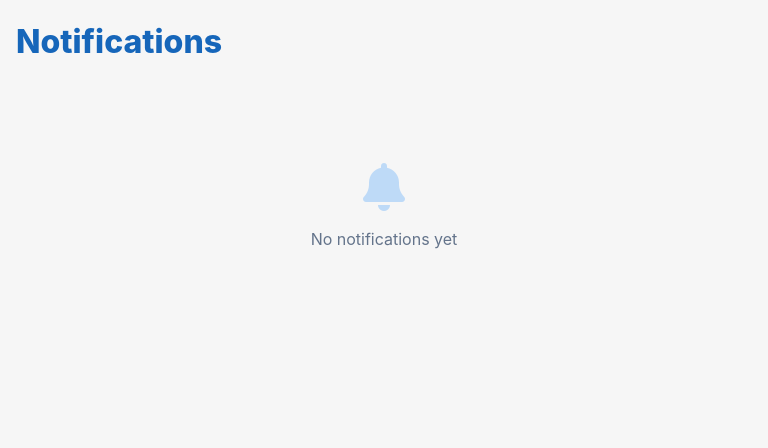
Repository: rizzerk/vela
Page: http://localhost/vela/TENANT/notifications.php
These files come from the project's save history. The page is drawn as it stood at one moment and after the next save; the edit follows.
The browser window is 768 px wide. The pictures show the whole page.
The page is run by PHP 8.4 with error messages shown; the project is at /var/www/html/. Queries for data that is not in the repository find no rows.

Above is the page before, as saved 2025-06-28 20:53:43.

### TENANT/notifications.php
<?php
session_start();
require_once '../connection.php';

$tenant_id = $_SESSION['user_id'] ?? 1;
$notifications = [];

try {
    // Simple query to test - fetch bills only
    $query = "SELECT 'bill' as type, CONCAT('Bill: ₱', amount, ' - ', description) as message,
                     due_date as date, 'medium' as priority
              FROM BILL b
              WHERE b.status IN ('unpaid', 'overdue')
              ORDER BY due_date DESC LIMIT 10";

    $result = $conn->query($query);
    if ($result) {
        $notifications = $result->fetch_all(MYSQLI_ASSOC);
    }
} catch (Exception $e) {
    // Keep notifications empty if there's an error
    error_log("Notifications error: " . $e->getMessage());
}

?>

<!DOCTYPE html>
<html lang="en">
<head>
    <meta charset="UTF-8">
    <meta name="viewport" content="width=device-width, initial-scale=1.0">
    <title>Notifications - VELA</title>
    <link rel="stylesheet" href="https://cdnjs.cloudflare.com/ajax/libs/font-awesome/6.0.0/css/all.min.css">
    <style>
        * {
            margin: 0;
            padding: 0;
            box-sizing: border-box;
        }

        body {
            font-family: 'Inter', -apple-system, BlinkMacSystemFont, 'Segoe UI', Roboto, sans-serif;
            background-color: #f6f6f6;
            color: #1e293b;
            line-height: 1.6;
            min-height: 100vh;
        }

        .main-content {
            margin-left: 0;
            padding: 2rem;
        }

        .header {
            text-align: left;
            margin-bottom: 2rem;
        }

        .header h1 {
            font-size: 2.5rem;
            color: #1666ba;
            font-weight: 800;
            margin-bottom: 0.5rem;
        }

        .notifications-container {
            max-width: 800px;
        }

        .notification {
            background: white;
            border-radius: 12px;
            padding: 1.5rem;
            margin-bottom: 1rem;
            box-shadow: 0 4px 16px rgba(22, 102, 186, 0.1);
            border-left: 4px solid #bedaf7;
            display: flex;
            align-items: center;
            gap: 1rem;
        }

        .notification.high {
            border-left-color: #ef4444;
        }

        .notification.medium {
            border-left-color: #f59e0b;
        }

        .notification.low {
            border-left-color: #10b981;
        }

        .notification-icon {
            font-size: 1.5rem;
            color: #1666ba;
            width: 40px;
            text-align: center;
        }

        .notification.high .notification-icon {
            color: #ef4444;
        }

        .notification.medium .notification-icon {
            color: #f59e0b;
        }

        .notification.low .notification-icon {
            color: #10b981;
        }

        .notification-content {
            flex: 1;
        }

        .notification-message {
            font-size: 1rem;
            color: #1e293b;
            margin-bottom: 0.25rem;
        }

        .notification-date {
            font-size: 0.85rem;
            color: #64748b;
        }

        .empty-state {
            text-align: center;
            padding: 4rem 2rem;
            color: #64748b;
        }

        .empty-state i {
            font-size: 3rem;
            margin-bottom: 1rem;
            color: #bedaf7;
        }

        .empty-state p {
            font-size: 1rem;
            color: #64748b;
        }

        @media (max-width: 768px) {
            .main-content {
                margin-left: 0;
                padding: 1rem;
            }

            .header h1 {
                font-size: 2rem;
            }
        }
    </style>
</head>
<body>
    <!-- Sidebar placeholder -->

    <div class="main-content">
        <div class="header">
            <h1>Notifications</h1>
        </div>

        <div class="notifications-container">
            <?php if (empty($notifications)): ?>
                <div class="empty-state">
                    <i class="fas fa-bell"></i>
                    <p>No notifications yet</p>
                </div>
            <?php else: ?>
                <?php foreach ($notifications as $notification): ?>
                    <div class="notification <?= $notification['priority'] ?>">
                        <div class="notification-icon">
                            <?php if ($notification['type'] === 'bill'): ?>
                                <i class="fas fa-file-invoice-dollar"></i>
                            <?php elseif ($notification['type'] === 'payment'): ?>
                                <i class="fas fa-credit-card"></i>
                            <?php else: ?>
                                <i class="fas fa-tools"></i>
                            <?php endif; ?>
                        </div>
                        <div class="notification-content">
                            <div class="notification-message"><?= htmlspecialchars($notification['message']) ?></div>
                            <div class="notification-date"><?= date('F j, Y g:i A', strtotime($notification['date'])) ?></div>
                        </div>
                    </div>
                <?php endforeach; ?>
            <?php endif; ?>
        </div>
    </div>

</body>
</html>

### connection.php
<?php
$host = 'localhost';
$dbname = 'vela';
$username = 'root';
$password = '';

// Create connection
$conn = new mysqli($host, $username, $password, $dbname);

// Check connection
if ($conn->connect_error) {
    error_log("Connection failed: " . $conn->connect_error);
    die("Connection error. Please try again later.");
}

mysqli_report(MYSQLI_REPORT_ERROR | MYSQLI_REPORT_STRICT);

// Set charset
$conn->set_charset("utf8mb4");



?>

After the next save:
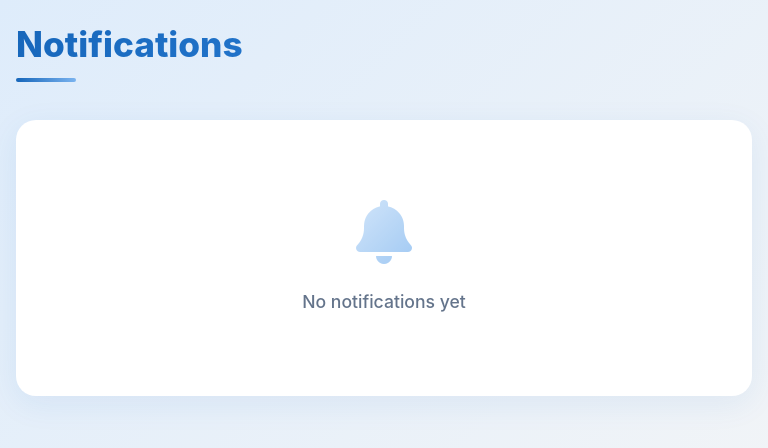
Saved 3 s later.
--- a/TENANT/notifications.php
+++ b/TENANT/notifications.php
@@ -40,7 +40,7 @@ try {
 
         body {
             font-family: 'Inter', -apple-system, BlinkMacSystemFont, 'Segoe UI', Roboto, sans-serif;
-            background-color: #f6f6f6;
+            background: linear-gradient(135deg, #deecfb 0%, #f6f6f6 100%);
             color: #1e293b;
             line-height: 1.6;
             min-height: 100vh;
@@ -53,61 +53,118 @@ try {
 
         .header {
             text-align: left;
-            margin-bottom: 2rem;
+            margin-bottom: 3rem;
+            position: relative;
         }
 
         .header h1 {
-            font-size: 2.5rem;
-            color: #1666ba;
+            font-size: 2.8rem;
+            background: linear-gradient(135deg, #1666ba, #368ce7);
+            -webkit-background-clip: text;
+            -webkit-text-fill-color: transparent;
+            background-clip: text;
             font-weight: 800;
             margin-bottom: 0.5rem;
         }
 
+        .header::after {
+            content: '';
+            position: absolute;
+            bottom: -10px;
+            left: 0;
+            width: 60px;
+            height: 4px;
+            background: linear-gradient(90deg, #1666ba, #7ab3ef);
+            border-radius: 2px;
+        }
+
         .notifications-container {
             max-width: 800px;
         }
 
         .notification {
             background: white;
-            border-radius: 12px;
-            padding: 1.5rem;
-            margin-bottom: 1rem;
-            box-shadow: 0 4px 16px rgba(22, 102, 186, 0.1);
-            border-left: 4px solid #bedaf7;
+            border-radius: 16px;
+            padding: 1.8rem;
+            margin-bottom: 1.2rem;
+            box-shadow: 0 8px 32px rgba(22, 102, 186, 0.12);
+            border-left: 5px solid #bedaf7;
             display: flex;
             align-items: center;
-            gap: 1rem;
+            gap: 1.2rem;
+            transition: all 0.3s ease;
+            position: relative;
+            overflow: hidden;
+        }
+
+        .notification::before {
+            content: '';
+            position: absolute;
+            top: 0;
+            left: 0;
+            right: 0;
+            height: 2px;
+            background: linear-gradient(90deg, transparent, #bedaf7, transparent);
+        }
+
+        .notification:hover {
+            transform: translateY(-2px);
+            box-shadow: 0 12px 40px rgba(22, 102, 186, 0.18);
         }
 
         .notification.high {
             border-left-color: #ef4444;
+            background: linear-gradient(135deg, #ffffff 0%, #fef2f2 100%);
+        }
+
+        .notification.high::before {
+            background: linear-gradient(90deg, transparent, #ef4444, transparent);
         }
 
         .notification.medium {
             border-left-color: #f59e0b;
+            background: linear-gradient(135deg, #ffffff 0%, #fffbeb 100%);
+        }
+
+        .notification.medium::before {
+            background: linear-gradient(90deg, transparent, #f59e0b, transparent);
         }
 
         .notification.low {
             border-left-color: #10b981;
+            background: linear-gradient(135deg, #ffffff 0%, #f0fdf4 100%);
+        }
+
+        .notification.low::before {
+            background: linear-gradient(90deg, transparent, #10b981, transparent);
         }
 
         .notification-icon {
-            font-size: 1.5rem;
+            font-size: 1.8rem;
             color: #1666ba;
-            width: 40px;
-            text-align: center;
+            width: 50px;
+            height: 50px;
+            display: flex;
+            align-items: center;
+            justify-content: center;
+            background: linear-gradient(135deg, #deecfb, #bedaf7);
+            border-radius: 12px;
+            box-shadow: 0 4px 12px rgba(22, 102, 186, 0.15);
         }
 
         .notification.high .notification-icon {
             color: #ef4444;
+            background: linear-gradient(135deg, #fef2f2, #fecaca);
         }
 
         .notification.medium .notification-icon {
             color: #f59e0b;
+            background: linear-gradient(135deg, #fffbeb, #fed7aa);
         }
 
         .notification.low .notification-icon {
             color: #10b981;
+            background: linear-gradient(135deg, #f0fdf4, #bbf7d0);
         }
 
         .notification-content {
@@ -115,31 +172,58 @@ try {
         }
 
         .notification-message {
-            font-size: 1rem;
+            font-size: 1.1rem;
             color: #1e293b;
-            margin-bottom: 0.25rem;
+            margin-bottom: 0.5rem;
+            font-weight: 500;
+            line-height: 1.4;
         }
 
         .notification-date {
-            font-size: 0.85rem;
+            font-size: 0.9rem;
             color: #64748b;
+            font-weight: 400;
+            display: flex;
+            align-items: center;
+            gap: 0.5rem;
+        }
+
+        .notification-date::before {
+            content: '\f017';
+            font-family: 'Font Awesome 6 Free';
+            font-weight: 400;
+            font-size: 0.8rem;
+            color: #7ab3ef;
         }
 
         .empty-state {
             text-align: center;
-            padding: 4rem 2rem;
+            padding: 5rem 2rem;
             color: #64748b;
+            background: white;
+            border-radius: 20px;
+            box-shadow: 0 8px 32px rgba(22, 102, 186, 0.08);
         }
 
         .empty-state i {
-            font-size: 3rem;
-            margin-bottom: 1rem;
-            color: #bedaf7;
+            font-size: 4rem;
+            margin-bottom: 1.5rem;
+            background: linear-gradient(135deg, #bedaf7, #7ab3ef);
+            -webkit-background-clip: text;
+            -webkit-text-fill-color: transparent;
+            background-clip: text;
+            animation: pulse 2s infinite;
         }
 
         .empty-state p {
-            font-size: 1rem;
+            font-size: 1.1rem;
             color: #64748b;
+            font-weight: 500;
+        }
+
+        @keyframes pulse {
+            0%, 100% { opacity: 1; }
+            50% { opacity: 0.7; }
         }
 
         @media (max-width: 768px) {
@@ -149,7 +233,18 @@ try {
             }
 
             .header h1 {
-                font-size: 2rem;
+                font-size: 2.2rem;
+            }
+
+            .notification {
+                padding: 1.5rem;
+                gap: 1rem;
+            }
+
+            .notification-icon {
+                width: 45px;
+                height: 45px;
+                font-size: 1.6rem;
             }
         }
     </style>
